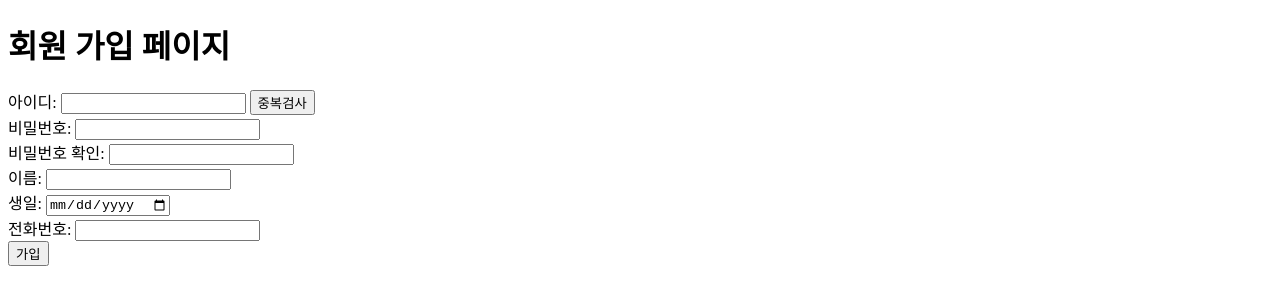
Repository: woneeseo/javastudy
Page: htmlStudy/workspace_html/HelloWorld/WebContent/d.html
These files come from the project's save history. The page is drawn as it stood at one moment and after the next save; the edit follows.
The browser window is 1280 px wide. The pictures show the whole page.

Above is the page before, as saved 2020-12-04 07:19:36.

After the next save:
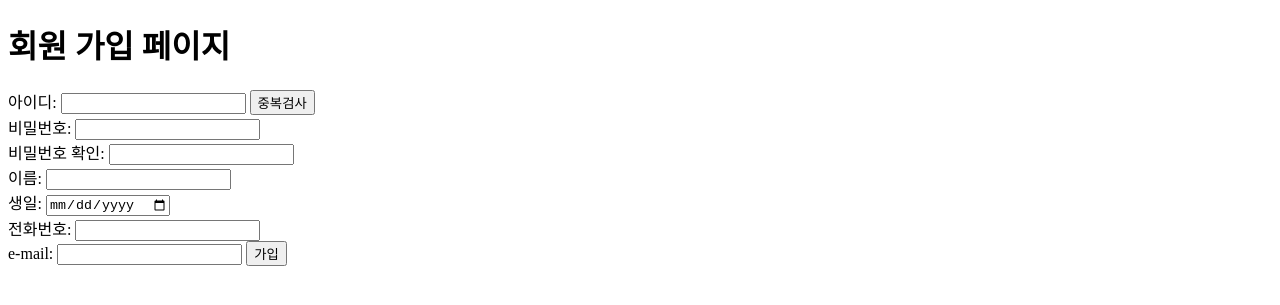
Saved 71 s later.
--- a/htmlStudy/workspace_html/HelloWorld/WebContent/d.html
+++ b/htmlStudy/workspace_html/HelloWorld/WebContent/d.html
@@ -36,6 +36,9 @@
 	<input type="tel" id="tel" name="tel">
 	<br>
 
+	<label for="email">e-mail: </label>
+	<input type="email" id="email" name="email">
+
 	<input type="submit" value="가입">
 	<!-- 웹사이트에서 입력받는 모든 값은 String형으로 저장된다 -->
 	<!-- parse()를 이용해서 자료형을 변경해 이용해줄 수 있다. -->
